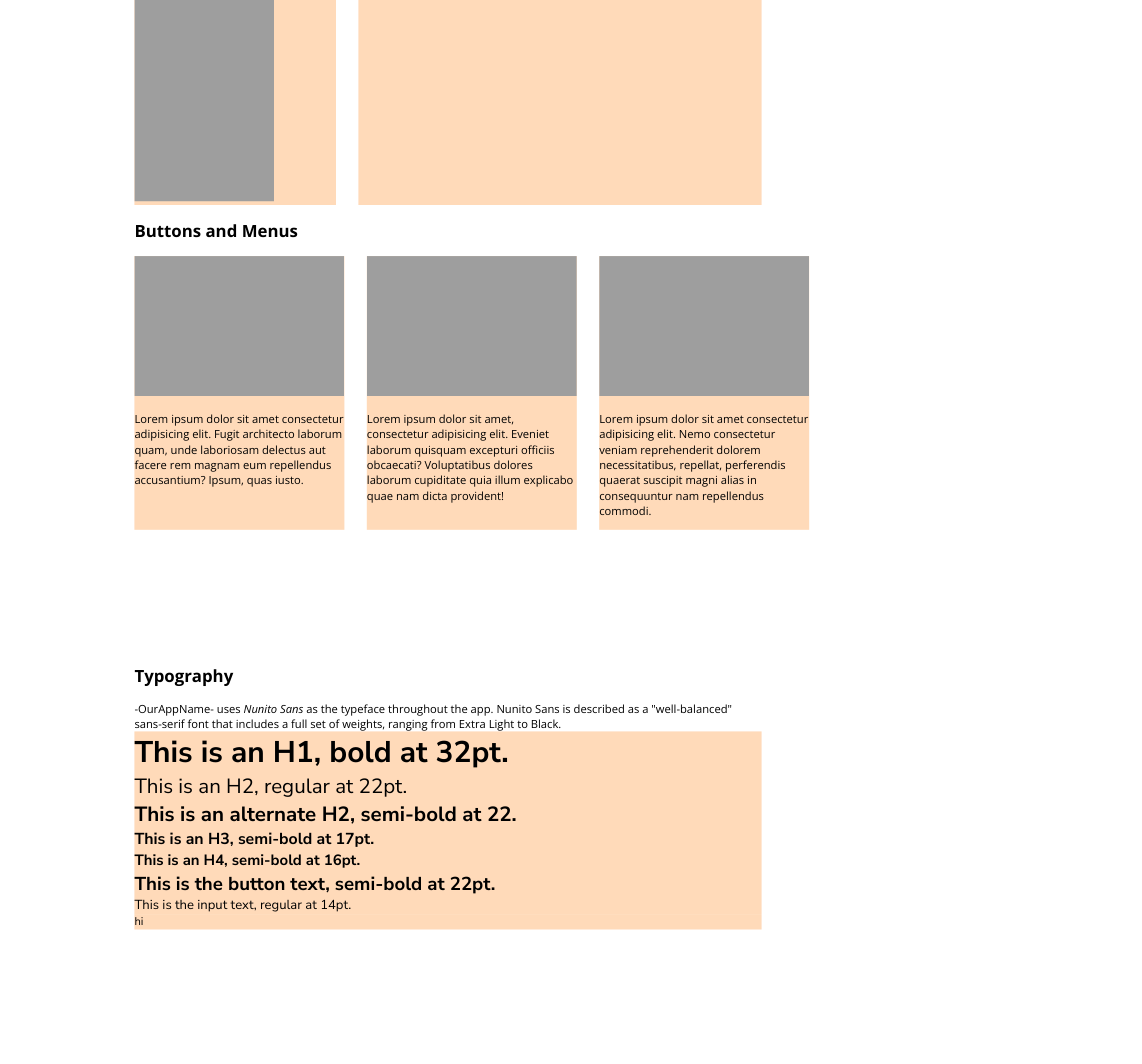
Repository: seohyun9672/Timearth-A6Styleguide
Page: page2.html
The author's editor kept a copy of each file at every save. The page is drawn from the files as they stood at one save, then again after the next save.
The browser window is 1280 px wide. The page is 1632 px wide, so the pictures cover 1632 px, including what lies to the right of the window. The pictures show the part of the page from y = 867 to 2387 px (the page is 2387 px tall before and 2365 px after), at 70% of full size.
Pictures or frames that could not be fetched are drawn as grey boxes.

Above is the page before, as saved 2022-03-20 19:50:56.

### page2.html
<!DOCTYPE html>
<html lang="en">
  <head>
    <meta charset="UTF-8" />
    <meta http-equiv="X-UA-Compatible" content="IE=edge" />
    <meta name="viewport" content="width=device-width, initial-scale=1.0" />
    <title>Document</title>
    <link rel="stylesheet" href="stylesheet.css" />
  </head>

  <body>
    <ul class="navbar">
      <li><a href="/page1.html">App Name</a></li>
      <div class="navbar-active">
        <li><a href="/page1.html">Logo</a></li>
        <li><a href="/page2.html">Colour & Typography</a></li>
        <li><a href="/page3.html">Imagery & Graphics</a></li>
        <li><a href="/ref.html">Reference</a></li>
      </div>
    </ul>
    <section class="color-palette page2">
      <h1>Color Palette</h1>
      <img class="palette" src="https://placekitten.com/1440/100" />
      <div>
        <h2>Description of colour palette</h2>
        <p>
          Lorem ipsum dolor sit amet, consectetur adipisicing elit. Culpa neque
          mollitia quae asperiores ad odit vitae iste minima totam harum
          distinctio qui beatae ea ut et adipisci, excepturi at iusto
          reprehenderit reiciendis fugit fuga nisi. Eligendi ut magni adipisci
          nulla architecto reprehenderit? Nemo eos accusamus optio nobis
          distinctio veritatis eius.
        </p>
      </div>
      <div></div>
      <div class="col-2">
        <div class="col">
          <img src="https://placekitten.com/200/600" />
        </div>
        <div class="col">Lorem ipsum dolor sit amet consectetur adipisicing elit. Corrupti laudantium illo iure alias recusandae accusamus reiciendis consequatur aliquid sint veritatis modi dolores, eveniet porro tempore similique aspernatur. Quas, hic quo sed necessitatibus illum suscipit molestiae consequuntur sit provident nobis ullam repellat obcaecati ipsa quos in cumque mollitia eius ratione facilis ut libero laboriosam tempora eum sint! Nisi sapiente veritatis ad iure esse magni reprehenderit odio non perferendis, sed recusandae beatae corporis quasi ipsam assumenda unde!</div>
      </div>
      <h2>Buttons and Menus</h2>
      <div class="col-3">
        <div class="col">
          <img src="https://placekitten.com/300/200" />
          <p>
            Lorem ipsum dolor sit amet consectetur adipisicing elit. Fugit
            architecto laborum quam, unde laboriosam delectus aut facere rem
            magnam eum repellendus accusantium? Ipsum, quas iusto.
          </p>
        </div>
        <div class="col">
          <img src="https://placekitten.com/300/200" />
          <p>
            Lorem ipsum dolor sit amet, consectetur adipisicing elit. Eveniet
            laborum quisquam excepturi officiis obcaecati? Voluptatibus dolores
            laborum cupiditate quia illum explicabo quae nam dicta provident!
          </p>
        </div>
        <div class="col">
          <img src="https://placekitten.com/300/200" />
          <p>
            Lorem ipsum dolor sit amet consectetur adipisicing elit. Nemo
            consectetur veniam reprehenderit dolorem necessitatibus, repellat,
            perferendis quaerat suscipit magni alias in consequuntur nam
            repellendus commodi.
          </p>
        </div>
      </div>
    </section>
    <section class="typo page2">
      <h1>Typography</h1>
      <div>
        -OurAppName- uses <em>Nunito Sans</em> as the typeface throughout the
        app. Nunito Sans is described as a "well-balanced" sans-serif font that includes a full set of weights, ranging from Extra Light to Black.
      </div>
      <div class="col-2-half">
        <div class="col nunito">
            <div class="nh1">This is an H1, bold at 32pt.</div>

            <div class="nh2">This is an H2, regular at 22pt.</div>

            <div class="nh2-2">This is an alternate H2, semi-bold at 22.</div>

            <div class="nh3">This is an H3, semi-bold at 17pt.</div>

            <div class="nh4">This is an H4, semi-bold at 16pt.</div>

            <div class="nbtn">This is the button text, semi-bold at 22pt.</div>

            <div class="ninput">This is the input text, regular at 14pt.</div>
        </div>
        <div class="col nunito">hi</div>
      </div>
    </section>
  </body>
</html>

### stylesheet.css
/* import fonts */
@import url('https://fonts.googleapis.com/css2?family=Nunito+Sans:ital,wght@0,200;0,300;0,400;0,600;0,700;0,800;0,900;1,200;1,300;1,400;1,600;1,700;1,800;1,900&family=Open+Sans:ital,wght@0,300;0,400;0,500;0,600;0,700;0,800;1,300;1,400;1,500;1,600;1,700;1,800&display=swap');

body{
    margin: 0;
    font-family: 'open sans', san-serif;
  }

/* NAVBAR */

ul {
  list-style-type: none;
  margin: 0;
  padding: 0;
  overflow: hidden;
  background-color: #333;
}

li {
  float: left;
}

li a {
  display: block;
  color: white;
  text-align: center;
  padding: 14px 16px;
  text-decoration: none;
}

li a:hover {
  background-color: #111;
}

.navbar-active{
    float: right;
}

/* LOGO */

.section-logo {
    display: flex;
    flex-direction: column;
    justify-content: flex-start;
    align-items: center;
}

.logo-description {
    display: flex;
}
.logo-variation {
    display: flex;
    justify-content: space-evenly;
}

.logo-colourpalette {
    display: flex;
    width: 100%;
    justify-content: space-between;
}

.section-cont {
    width: 940px;
}
.colour-cont {
    display: flex;
    flex-direction: column;
}
.colour-name {
    font-weight: bold;
}

.logo-typography {
    display: flex;
}

.logo-usage {
    display: flex;
    flex-direction: column;
}

.logo-usage-desc {
    display: flex;
}

.section-cont colour {
    display: flex;
}

/* page 2 */

.page2 {
    margin:12em;
}
.col-3 {
    display:grid;
    grid-template-columns: 1fr 1fr 1fr;
    grid-gap:2em;
}
.col-2 {
    display:grid;
    grid-template-columns: 1fr 2fr;
    grid-gap:2em;
}
.col-2-font {
    display:grid;
    grid-template-columns: 2fr 1fr;
    grid-gap:2em;
}
.col {
    background-color:peachpuff;
}
.nunito {
    font-family: 'nunito sans', Arial, Helvetica, sans-serif;
}
.nh1 {
    font-weight: bold;
    font-size:32pt;
}
.nh2 {
    font-size:22pt;
}
.nh2-2 {
    font-size:22pt;
    font-weight:bolder;
}
.nh3 {
    font-size:17pt;
    font-weight:bolder;
}
.nh4 {
    font-size:16pt;
    font-weight:bolder;
}
.nbtn {
    font-size:20pt;
    font-weight:bolder;
}
.ninput {
    font-size:14pt;
}

After the next save:
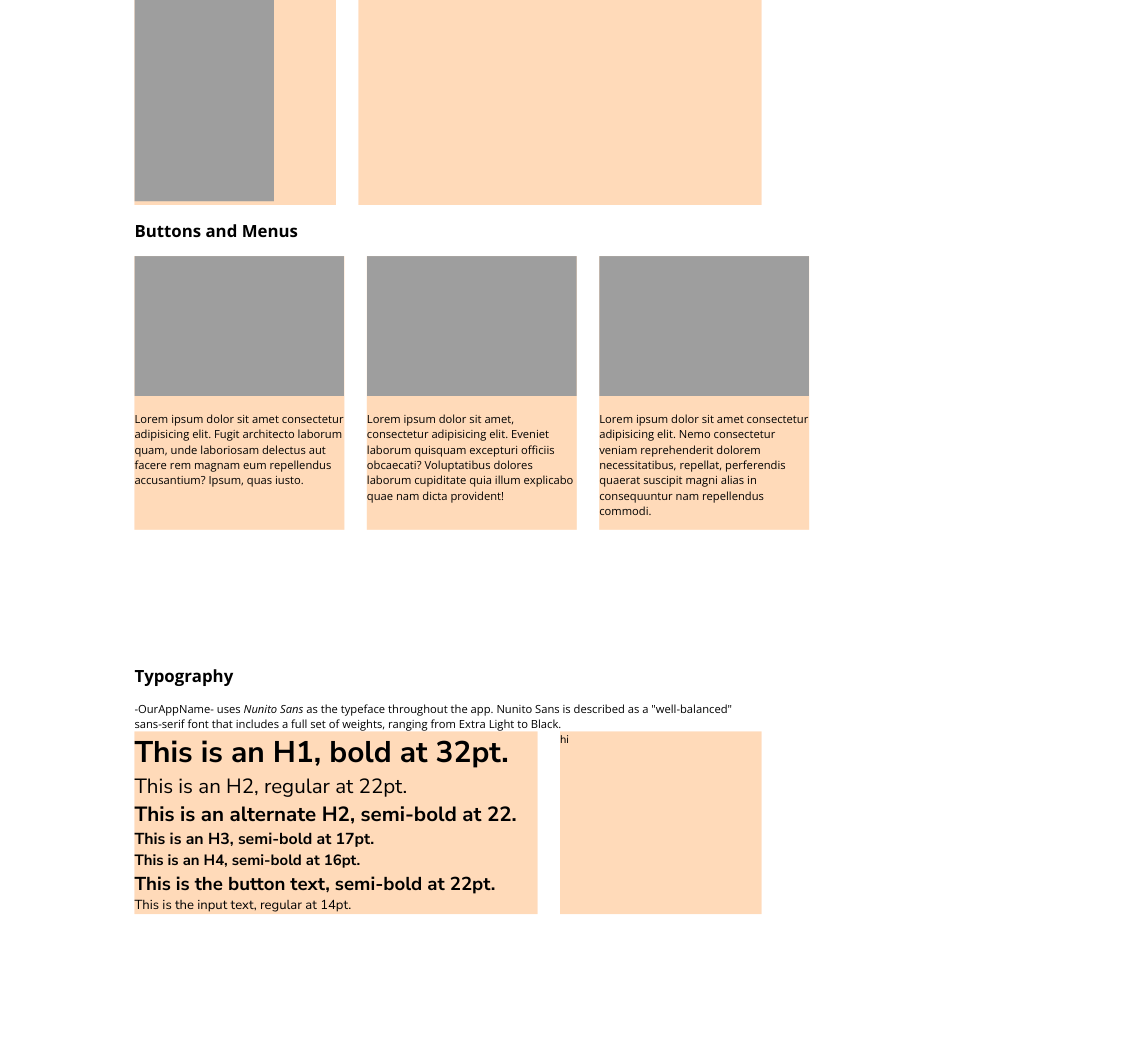
Saved 20 s later.
--- a/page2.html
+++ b/page2.html
@@ -74,7 +74,7 @@
         -OurAppName- uses <em>Nunito Sans</em> as the typeface throughout the
         app. Nunito Sans is described as a "well-balanced" sans-serif font that includes a full set of weights, ranging from Extra Light to Black.
       </div>
-      <div class="col-2-half">
+      <div class="col-2-font">
         <div class="col nunito">
             <div class="nh1">This is an H1, bold at 32pt.</div>
 
